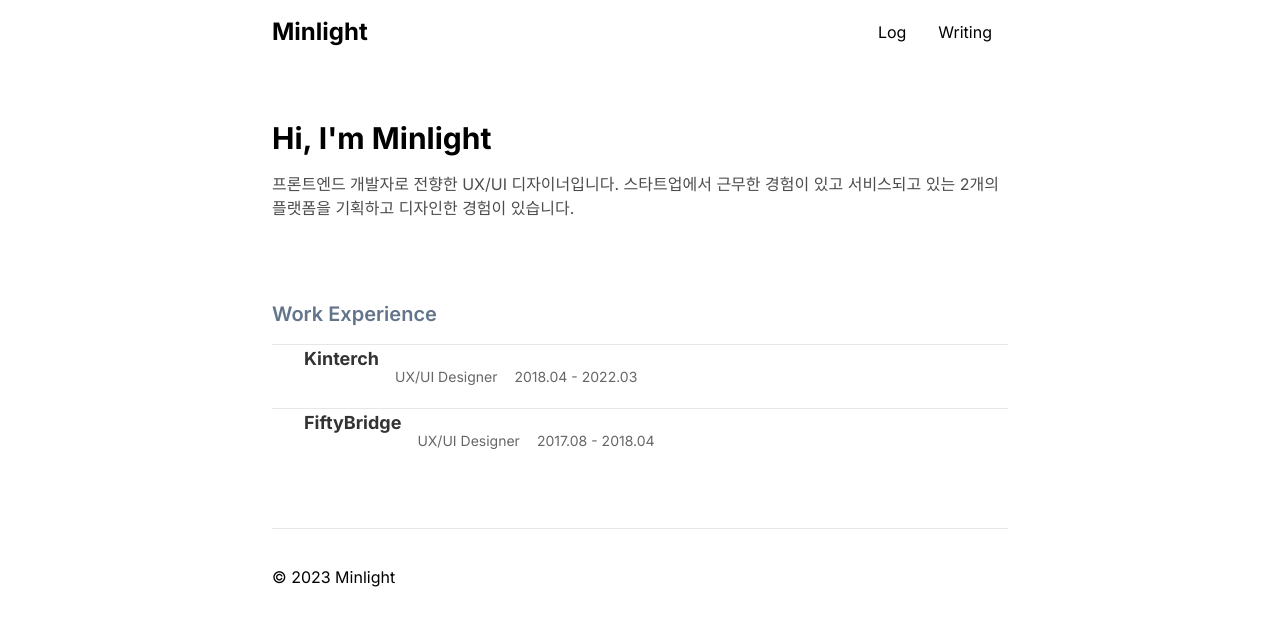
Repository: kwngmin/minlight-log
Page: /
These files come from the project's save history. The page is drawn as it stood at one moment and after the next save; the edit follows.
The browser window is 1280 px wide. The pictures show the whole page.
The project was rebuilt for these pictures with package versions that can differ from the ones it lists, and the page was loaded fresh each time. The framework's server and built-in components were replaced by stand-ins that run in the browser. Also part of the build but not shown: next.config.js.

Above is the page before, as saved 2023-04-04 16:23:43.

### src/app/layout.tsx
import "./globals.css";
import Footer from "@/components/Footer";
import Header from "@/components/Header";

import { Inter } from "next/font/google";
const inter = Inter({ subsets: ["latin"] });

export const metadata = {
  title: {
    default: "Minlight",
    template: "Minlight | %s",
  },
  description: "Minlight log",
};

export default function RootLayout({
  children,
}: {
  children: React.ReactNode;
}) {
  return (
    <html lang="en" className={inter.className}>
      <body className="flex flex-col max-w-screen-md mx-auto px-4">
        <Header />
        <main className="">{children}</main>
        <Footer />
      </body>
    </html>
  );
}

### src/app/page.tsx
import Table from "@/components/Table";
import Title from "@/components/Title";

const titleData = {
  title: `Hi, I'm Minlight`,
  description: `프론트엔드 개발자로 전향한 UX/UI 디자이너입니다. 스타트업에서 근무한
경험이 있고 서비스되고 있는 2개의 플랫폼을 기획하고 디자인한 경험이 있습니다.`,
};

const careerData = [
  {
    head: "Kinterch",
    content: "UX/UI Designer",
    period: "2018.04 - 2022.03",
  },
  {
    head: "FiftyBridge",
    content: "UX/UI Designer",
    period: "2017.08 - 2018.04",
  },
];

const educateData = [
  {
    head: "CodeStates",
    content: "Software Engineering Bootcamp · Frontend",
    period: "2022.06 - 2022.12",
  },
  {
    head: "IDAS, Hongik Univeristy",
    content: "Digital Media Design Major · Master of Design",
    period: "2013.03 - 2015.02",
  },
  {
    head: "Kangnam University",
    content: "Visual Design Major · Bachelor of Fine Arts",
    period: "2005.03 - 2012.02",
  },
];

export default function Home() {
  return (
    <section>
      <Title titleData={titleData} />
      <Table tableData={careerData} subject="Work Experience" />
    </section>
  );
}

### src/app/globals.css
@tailwind base;
@tailwind components;
@tailwind utilities;

* {
  box-sizing: border-box;
  padding: 0;
  margin: 0;
}
/*
:root {
  --max-width: 1100px;
  --border-radius: 12px;
  --font-mono: ui-monospace, Menlo, Monaco, "Cascadia Mono", "Segoe UI Mono",
    "Roboto Mono", "Oxygen Mono", "Ubuntu Monospace", "Source Code Pro",
    "Fira Mono", "Droid Sans Mono", "Courier New", monospace;

  --foreground-rgb: 0, 0, 0;
  --background-start-rgb: 214, 219, 220;
  --background-end-rgb: 255, 255, 255;

  --primary-glow: conic-gradient(
    from 180deg at 50% 50%,
    #16abff33 0deg,
    #0885ff33 55deg,
    #54d6ff33 120deg,
    #0071ff33 160deg,
    transparent 360deg
  );
  --secondary-glow: radial-gradient(
    rgba(255, 255, 255, 1),
    rgba(255, 255, 255, 0)
  );

  --tile-start-rgb: 239, 245, 249;
  --tile-end-rgb: 228, 232, 233;
  --tile-border: conic-gradient(
    #00000080,
    #00000040,
    #00000030,
    #00000020,
    #00000010,
    #00000010,
    #00000080
  );

  --callout-rgb: 238, 240, 241;
  --callout-border-rgb: 172, 175, 176;
  --card-rgb: 180, 185, 188;
  --card-border-rgb: 131, 134, 135;
}

@media (prefers-color-scheme: dark) {
  :root {
    --foreground-rgb: 255, 255, 255;
    --background-start-rgb: 0, 0, 0;
    --background-end-rgb: 0, 0, 0;

    --primary-glow: radial-gradient(rgba(1, 65, 255, 0.4), rgba(1, 65, 255, 0));
    --secondary-glow: linear-gradient(
      to bottom right,
      rgba(1, 65, 255, 0),
      rgba(1, 65, 255, 0),
      rgba(1, 65, 255, 0.3)
    );

    --tile-start-rgb: 2, 13, 46;
    --tile-end-rgb: 2, 5, 19;
    --tile-border: conic-gradient(
      #ffffff80,
      #ffffff40,
      #ffffff30,
      #ffffff20,
      #ffffff10,
      #ffffff10,
      #ffffff80
    );

    --callout-rgb: 20, 20, 20;
    --callout-border-rgb: 108, 108, 108;
    --card-rgb: 100, 100, 100;
    --card-border-rgb: 200, 200, 200;
  }
}

* {
  box-sizing: border-box;
  padding: 0;
  margin: 0;
}

html,
body {
  max-width: 100vw;
  overflow-x: hidden;
}

body {
  color: rgb(var(--foreground-rgb));
  background: linear-gradient(
      to bottom,
      transparent,
      rgb(var(--background-end-rgb))
    )
    rgb(var(--background-start-rgb));
}

a {
  color: inherit;
  text-decoration: none;
}

@media (prefers-color-scheme: dark) {
  html {
    color-scheme: dark;
  }
} */

### src/components/Footer.tsx
export default function Footer() {
  return (
    <section className="h-24 flex items-center border-t mt-8">
      © 2023 Minlight
    </section>
  );
}

### src/components/Header.tsx
import Link from "next/link";

const navList = [
  { name: "Log", url: "/log" },
  { name: "Writing", url: "/log" },
];

export default function Header() {
  return (
    <section className="h-16 flex items-center justify-between">
      <Link href="/" className="text-2xl font-bold">
        Minlight
      </Link>
      <nav className="">
        {navList.map(({ name, url }) => (
          <Link href={url} key={name} className="px-4">
            {name}
          </Link>
        ))}
      </nav>
    </section>
  );
}

### src/components/Table.tsx
type Props = {
  tableData: {
    head: string;
    content: string;
    period: string;
  }[];
  subject: string;
};

export default function Table({ tableData, subject }: Props) {
  return (
    <article className="my-4 lg:my-6">
      <h2 className="text-left text-xl font-semibold text-slate-500 pb-4">
        {subject}
      </h2>
      <ul>
        {tableData.map(({ head, content, period }) => (
          <li
            key={head}
            className="flex flex-col justify-center lg:justify-start lg:flex-row h-20 lg:h-16 border-t gap-0 lg:gap-4 px-4 lg:px-8 mb-2 lg:mb-0"
          >
            <h3 className="font-bold text-lg text-black/80">{head}</h3>
            <section className="text-black/60 text-center lg:text-left flex items-center text-sm">
              {content}
              <span className="border-l text-xs mx-2 border-slate-400 shrink-0 " />
              {period}
            </section>
          </li>
        ))}
      </ul>
    </article>
  );
}

### src/components/Title.tsx
type TitleData = {
  title: string;
  description: string;
};
export default function Title({ titleData }: { titleData: TitleData }) {
  const { title, description } = titleData;
  return (
    <div className="py-14">
      <h1 className="text-3xl font-bold mb-4">{title}</h1>
      <p className="text-black/70 break-keep">{description}</p>
    </div>
  );
}

Loaded but not shown: tailwind.config.js (common file)

After the next save:
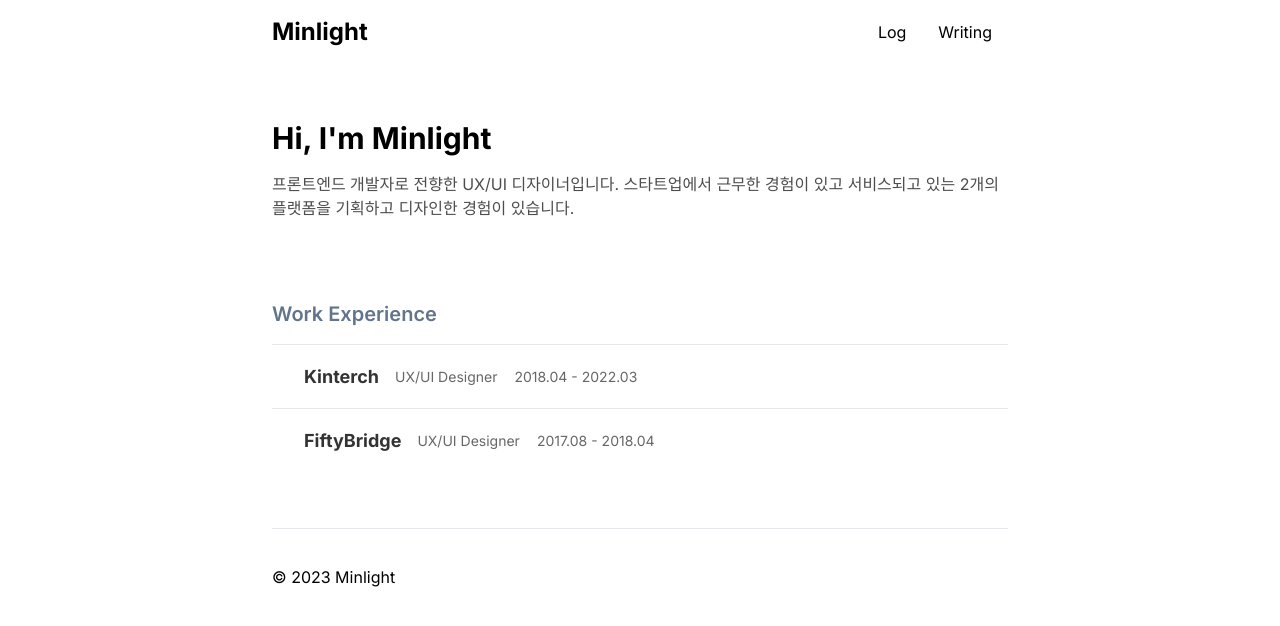
Saved 32 s later.
--- a/src/components/Table.tsx
+++ b/src/components/Table.tsx
@@ -9,15 +9,15 @@
 
 export default function Table({ tableData, subject }: Props) {
   return (
-    <article className="my-4 lg:my-6">
-      <h2 className="text-left text-xl font-semibold text-slate-500 pb-4">
+    <article className="my-6">
+      <h2 className="text-left text-xl font-semibold text-slate-500 pb-6 lg:pb-4">
         {subject}
       </h2>
       <ul>
         {tableData.map(({ head, content, period }) => (
           <li
             key={head}
-            className="flex flex-col justify-center lg:justify-start lg:flex-row h-20 lg:h-16 border-t gap-0 lg:gap-4 px-4 lg:px-8 mb-2 lg:mb-0"
+            className="flex flex-col justify-center lg:justify-start lg:flex-row items-center h-28 lg:h-16 border-t gap-0 lg:gap-4 px-4 lg:px-8"
           >
             <h3 className="font-bold text-lg text-black/80">{head}</h3>
             <section className="text-black/60 text-center lg:text-left flex items-center text-sm">

After the save that followed:
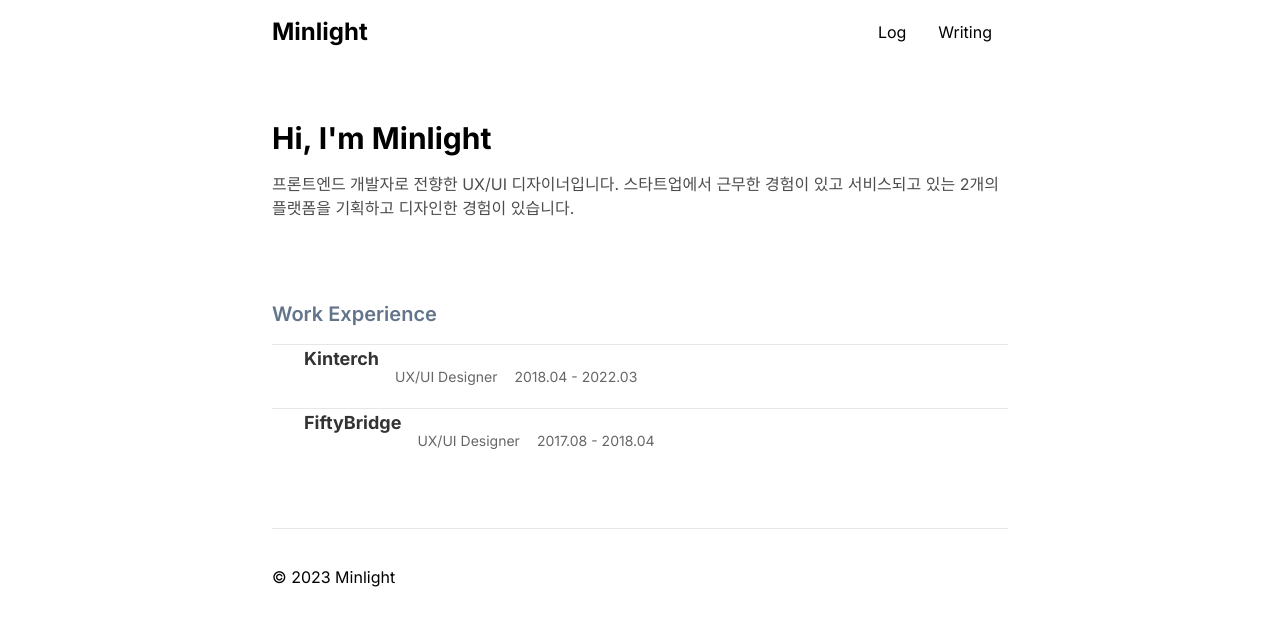
Saved 13 s later.
--- a/src/components/Table.tsx
+++ b/src/components/Table.tsx
@@ -17,7 +17,7 @@
         {tableData.map(({ head, content, period }) => (
           <li
             key={head}
-            className="flex flex-col justify-center lg:justify-start lg:flex-row items-center h-28 lg:h-16 border-t gap-0 lg:gap-4 px-4 lg:px-8"
+            className="flex flex-col justify-center lg:justify-start lg:flex-row h-28 lg:h-16 border-t gap-0 lg:gap-4 px-4 lg:px-8"
           >
             <h3 className="font-bold text-lg text-black/80">{head}</h3>
             <section className="text-black/60 text-center lg:text-left flex items-center text-sm">
